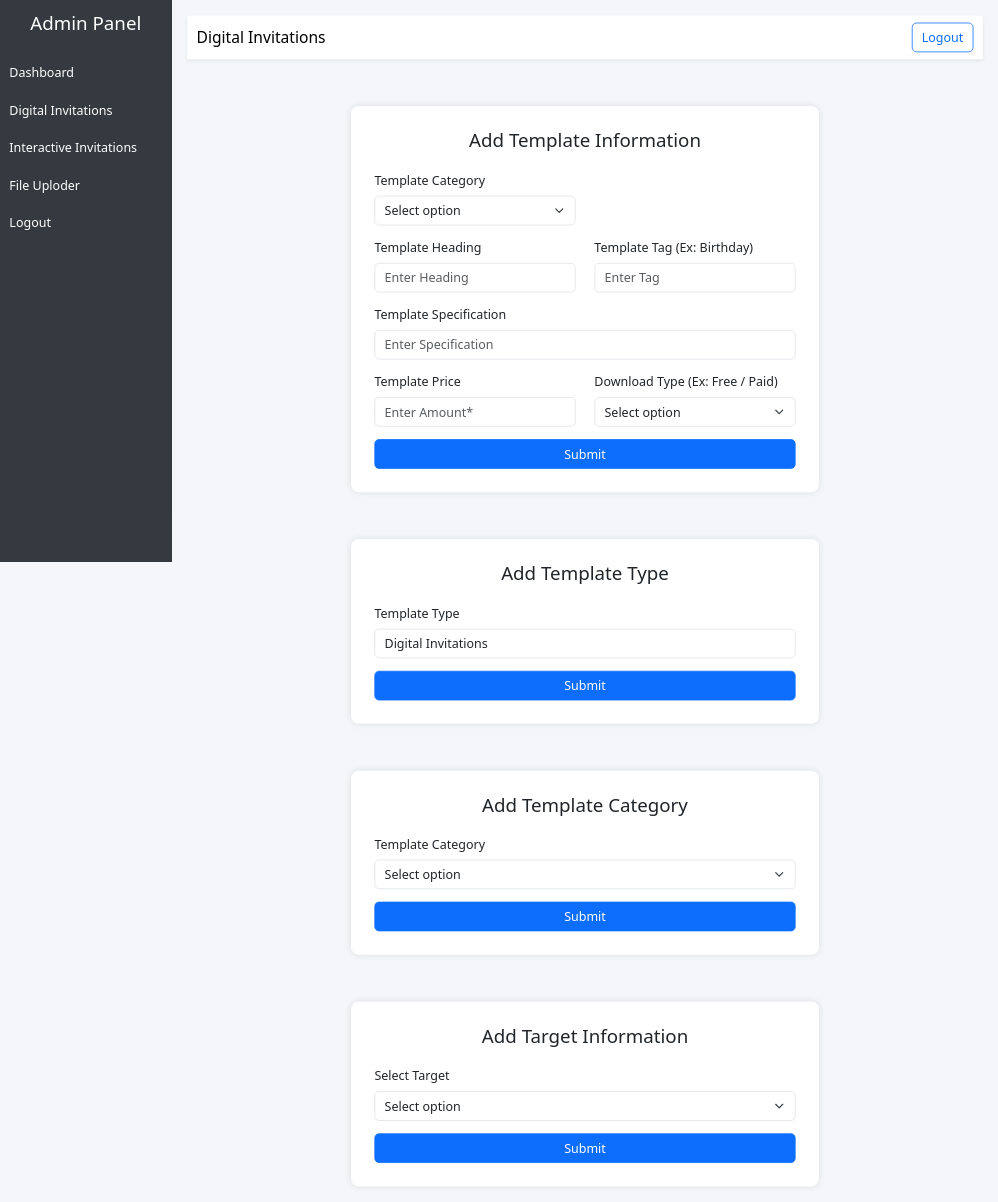
Repository: viraj7551/Flying-Invite-Project
Page: http://localhost/Admin03/digital_invitation.jsp
These files come from the project's save history. The page is drawn as it stood at one moment and after the next save; the edit follows.
The browser window is 1280 px wide. The pictures show the whole page, at 78% of full size.
Some web fonts or font styles are not loaded; a fallback is used. The page is served by Tomcat 9. Other server files are loaded and not shown.

Above is the page before, as saved 2026-07-18 17:01:43.

### Admin03/WebContent/digital_invitation.jsp
<%@ page language="java" contentType="text/html; charset=ISO-8859-1"
    pageEncoding="ISO-8859-1"%>

<!DOCTYPE html>
<html lang="en">
<head>
<meta charset="UTF-8">
<meta name="viewport" content="width=device-width, initial-scale=1.0">

<title>Admin Dashboard</title>
<link rel="preconnect" href="https://fonts.googleapis.com">

<link
	href="https://fonts.googleapis.com/css2?family=Grey+Qo&family=Poppins:ital,wght@0,100;0,200;0,300;0,400;0,500;0,600;0,700;0,800;0,900;1,100;1,200;1,300;1,400;1,500;1,600;1,700;1,800;1,900&display=swap"
	rel="stylesheet">

<!-- Bootstrap CSS -->
<link href="https://cdn.jsdelivr.net/npm/bootstrap@5.3.2/dist/css/bootstrap.min.css" rel="stylesheet">

<style>

body{
background:#f4f6f9;
}

/* Sidebar */
.sidebar{
height:100vh;
background:#343a40;
color:white;
position:fixed;
width:220px;
}

.sidebar a{
color:white;
text-decoration:none;
display:block;
padding:12px;
}

.sidebar a:hover{
background:#495057;
}

/* Content */
.content{
margin-left:220px;
padding:20px;
}

/* Cards */
.card-box{
border-radius:10px;
color:white;
padding:20px;
}

.bg-blue{background:#0d6efd;}
.bg-green{background:#198754;}
.bg-orange{background:#fd7e14;}
.bg-red{background:#dc3545;}

.form-container{
max-width:600px;
margin:auto;
margin-top:60px;
padding:30px;
background:white;
border-radius:10px;
box-shadow:0 0 10px rgba(0,0,0,0.1);
}



/* Mobile */
@media(max-width:768px){

.sidebar{
position:relative;
width:100%;
height:auto;
}

.content{
margin-left:0;
}

}
</style>


</head>

<body>

<div class="sidebar">

<h4 class="text-center py-3">Admin Panel</h4>

<a href="dashboard.jsp">Dashboard</a>
<a href="#">Digital Invitations</a>
<a href="#">Interactive Invitations</a>
<a href="file_uploader.jsp">File Uploder</a>
<a href="administrator.jsp">Logout</a>

</div>


<div class="content">

<!-- Navbar -->

<nav class="navbar navbar-light bg-white shadow-sm mb-4">
<div class="container-fluid">

<span class="navbar-brand">Digital Invitations</span>

<a href="administrator.jsp" class="btn btn-outline-primary">Logout</a>

</div>
</nav>



 <!-- ----------------- Form starts here -->

<div class="container">

<div class="form-container">

<h4 class="mb-4 text-center">Add Template Information</h4>

<form method="POST" action="/Admin03/Invitations">

<div class="row">

     <div class="col-md-6 mb-3">
          <label class="form-label">Template Category</label>
          <select class="form-select" name="template_category_selector">
             <option selected>Select option</option>
             <option value="Greeting">Greetings</option>
             <option value="Invitation">Invitation</option>
          </select>
    </div>
</div>

<div class="row">
    <div class="col-md-6 mb-3">
        <label class="form-label">Template Heading</label>
         <input type="text" class="form-control" placeholder="Enter Heading" name="template_heading">
   </div>
       <div class="col-md-6 mb-3">
        <label class="form-label">Template Tag (Ex: Birthday)</label>
         <input type="text" class="form-control" placeholder="Enter Tag" name="template_tag">
   </div>
 </div>

<div class="mb-3">
      <label class="form-label">Template Specification</label>
      <input type="text" class="form-control" placeholder="Enter Specification" name="template_specification">
</div>


<div class="row">
     <div class="col-md-6 mb-3">
          <label class="form-label">Template Price</label>
          <input type="text" class="form-control" placeholder="Enter Amount*" name="total_amount">
     </div>
     <div class="col-md-6 mb-3">
              <label class="form-label">Download Type (Ex: Free / Paid)</label>
              <select class="form-select" name="template_download_type">
                 <option selected>Select option</option>
                 <option value="Free">Free</option>
                 <option value="Pay">Pay</option>
             </select>
     </div>
 </div>

<div class="d-grid">
      <button type="submit" class="btn btn-primary">Submit </button>
</div>

</form>

</div>

</div>

 <!-- ------------------ Form ends here -->


 <!-- --------------------Form 2 starts here ------------------->
<div class="container">
<div class="form-container">
<h4 class="mb-4 text-center">Add Template Type</h4>
 <form method="POST" action="/Admin03/Invitations">
  <div class="row">
     <div class="mb-3">
          <label class="form-label">Template Type</label>
          <input type="text" class="form-control" placeholder="Enter first name" name="template_type_selector"  value = "Digital Invitations" readonly>
    </div>
   <div class="d-grid">
      <button type="submit" class="btn btn-primary">Submit </button>
   </div>
 </div>
</form>
</div>
</div>

 <!-- -------------------Form 2 ends here -->



<!-- -------------------Form 3 starts here ------------->
<div class="container">
<div class="form-container">
<h4 class="mb-4 text-center">Add Template Category</h4>
 <form method="POST" action="/Admin03/Invitations">
  <div class="row">
     <div class="mb-3">
          <label class="form-label">Template Category</label>
                <select id ="first_drop_down" class="form-select" onchange = "festivalFilter()" name="category_selector">
          <option selected>Select option</option>
          <option value="Greetings">Greetings</option>
          <option value="Invitations">Invitations</option>
       </select>
    </div>
   <div class="d-grid">
      <button type="submit" class="btn btn-primary">Submit </button>
   </div>
 </div>
</form>
</div>
</div>
<!-- -------------------Form 3 ends here --------------->


<!-- -------------------- Form 2 starts here -->
<div class="container">
<div class="form-container">
<h4 class="mb-4 text-center">Add Target Information</h4>
<form method="POST" action="/Admin03/SetTargetInformation">
<div class="row">
      <div class="mb-3">
      <label class="form-label">Select Target</label>
      <select id ="first_drop_down" class="form-select" onchange = "festivalFilter()" name="target_selector">
          <option selected>Select option</option>
          <option value="Wedding">Wedding</option>
          <option value="Baby Shower">Baby Shower</option>
          <option value="Yoga Day">Yoga Day</option>
          <option value="Birthday">Birthday</option>
          <option value="Anniversary">Anniversary</option>
          <option value="Festival">Festival</option>
       </select>
</div>
</div>

<div class="row">
<div class="mb-3"  id="second_drop_down"  style="display:none;">
      <label class="form-label">Select Festival</label>
          <select class="form-select" name="festival_selector">
             <option selected>Select option</option>
             <option value="Makar Sankranti">Makar Sankranti</option>
             <option value="Holi">Holi</option>
             <option value="Eid-ul-Fitr">Eid-ul-Fitr</option>
             <option value="Gudi Padwa">Gudi Padwa</option>
             <option value="Ram Navami">Ram Navami</option>
             <option value="Easter">Easter</option>
             <option value="Independence Day">Independence Day</option>
             <option value="Raksha Bandhan">Raksha Bandhan</option>
             <option value="Janmashtami">Janmashtami</option>
             <option value="Ganesh Chaturthi">Ganesh Chaturthi</option>
             <option value="Dussehra">Dussehra</option>
             <option value="Diwali">Diwali</option>
          </select>
   </div>
</div>

<div class="d-grid">
 <button type="submit" class="btn btn-primary"> Submit </button>
</div>

</form>
</div>
</div>


 <!-- ---------------------Form 2 ends here -->


</div>

<script>

   function festivalFilter(){
	   let firstValue = document.getElementById("first_drop_down").value;
	   if(firstValue === "Festival"){
		   document.getElementById("second_drop_down").style.display="block";
	   }else{
		   document.getElementById("second_drop_down").style.display="none";
	   }
   }

</script>

<script src="https://cdn.jsdelivr.net/npm/bootstrap@5.3.2/dist/js/bootstrap.bundle.min.js"></script>
</body>
</html>

After the next save:
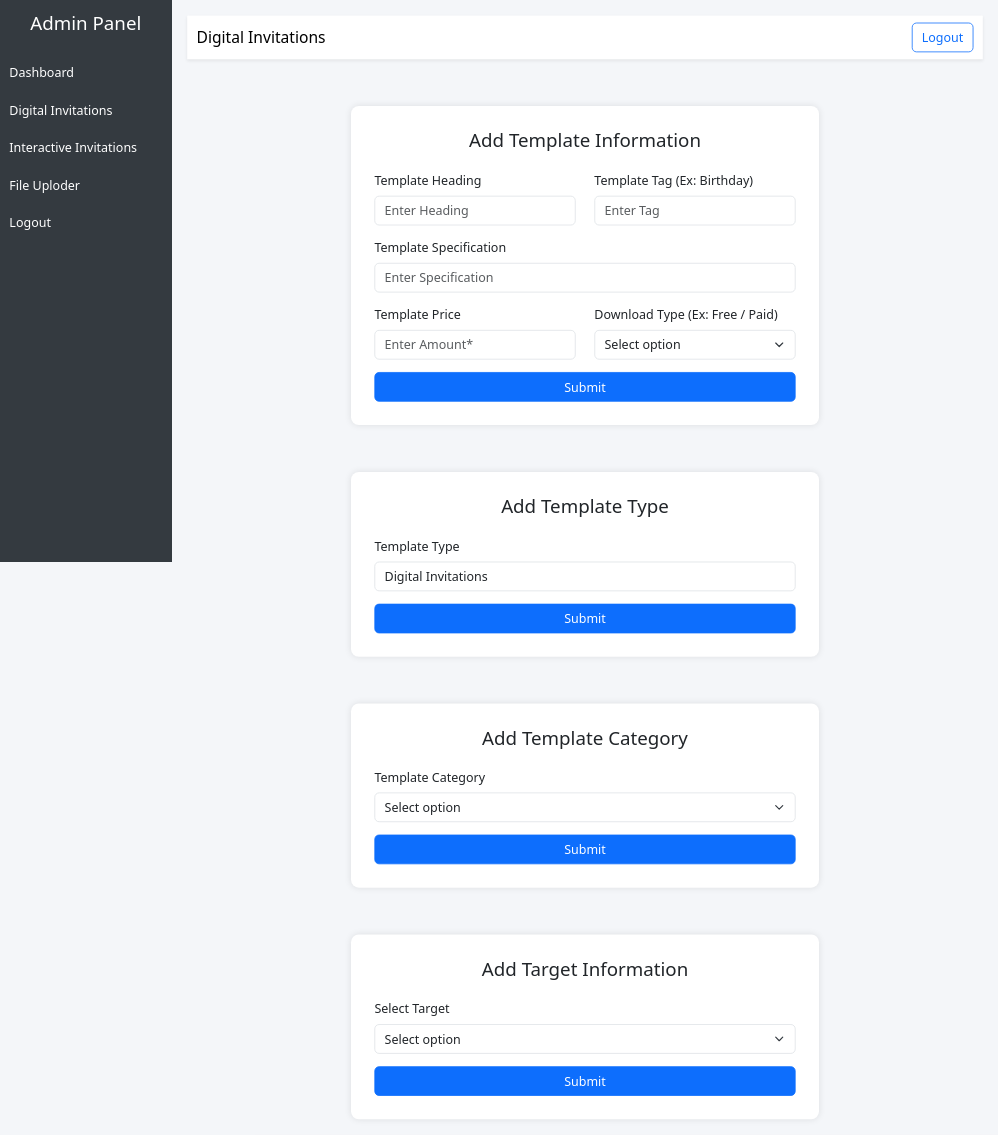
Saved 31 s later.
--- a/Admin03/WebContent/digital_invitation.jsp
+++ b/Admin03/WebContent/digital_invitation.jsp
@@ -132,18 +132,6 @@ margin-left:0;
 <h4 class="mb-4 text-center">Add Template Information</h4>
 
 <form method="POST" action="/Admin03/Invitations">
-
-<div class="row">
-
-     <div class="col-md-6 mb-3">
-          <label class="form-label">Template Category</label>
-          <select class="form-select" name="template_category_selector">
-             <option selected>Select option</option>
-             <option value="Greeting">Greetings</option>
-             <option value="Invitation">Invitation</option>
-          </select>
-    </div>
-</div>
 
 <div class="row">
     <div class="col-md-6 mb-3">
